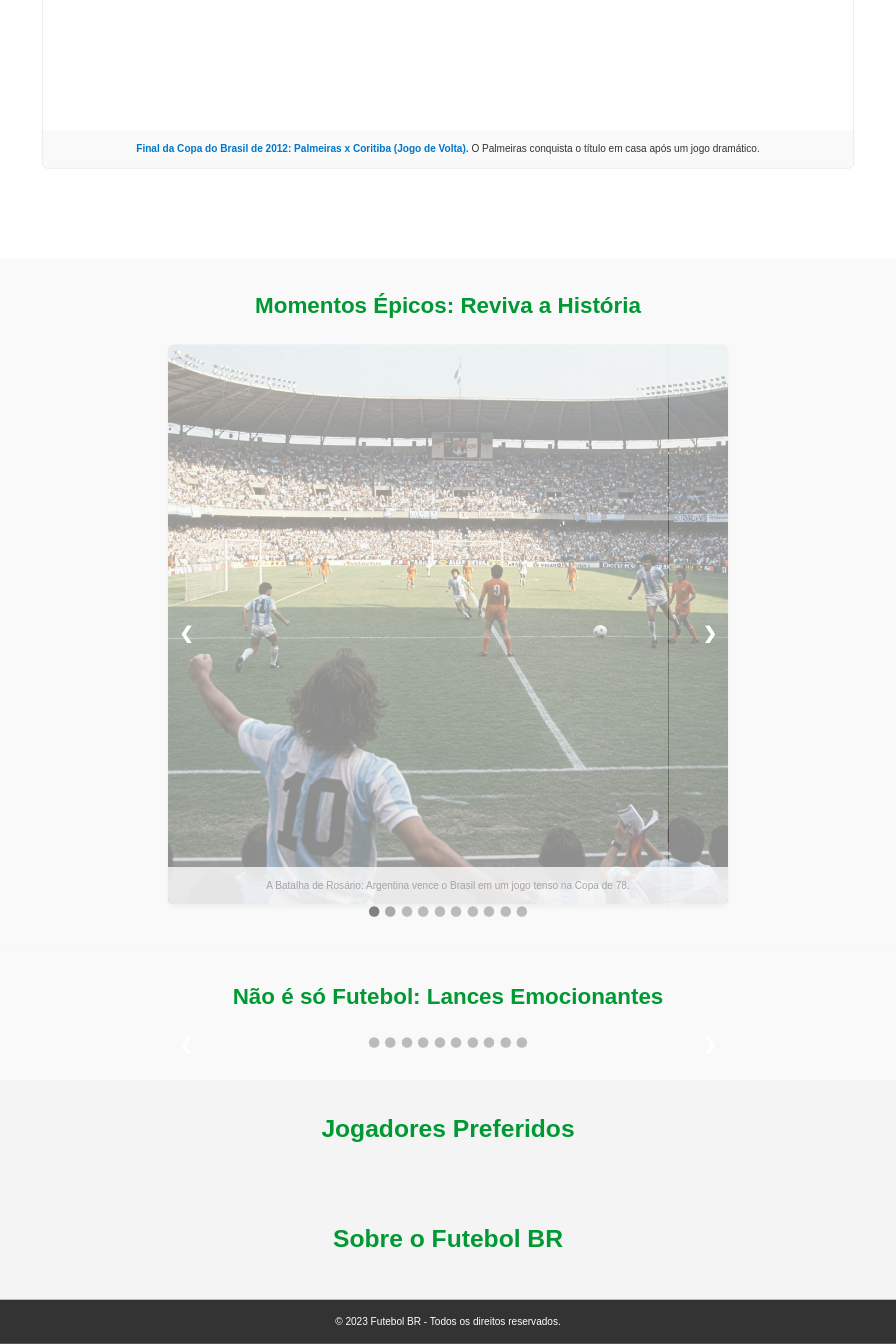
Repository: douglasabnovato/futebol-br
Page: index.html
The author's editor kept a copy of each file at every save. The page is drawn from the files as they stood at one save, then again after the next save.
The browser window is 1280 px wide. The pictures show the part of the page from y = 3064 to 4984 px (the page is 4984 px tall), at 70% of full size.
Pictures or frames that could not be fetched are drawn as grey boxes.

Above is the page before, as saved 2025-04-13 18:53:01.

### index.html
<!DOCTYPE html>
<html lang="pt-BR">
  <head>
    <meta charset="UTF-8" />
    <meta name="viewport" content="width=device-width, initial-scale=1.0" />
    <title>Futebol BR</title>
    <link rel="stylesheet" href="./style.css" />
  </head>
  <body>
    <header class="main-header">
      <div class="container">
        <h1 class="logo">Futebol BR</h1>
        <nav class="main-nav">
          <ul>
            <li><a href="#hero">Home</a></li>
            <li><a href="#historicos">Meus Jogos Históricos Preferidos</a></li>
            <li><a href="#jogadores">Jogadores Preferidos</a></li>
            <li><a href="#sobre">Sobre</a></li>
          </ul>
        </nav>
      </div>
    </header>

    <main>
      <section id="hero" class="hero">
        <div class="hero-content">
          <h1>O Mundo do Futebol Brasileiro</h1>
          <p>Sua paixão em um só lugar</p>
        </div>
      </section>

      <section id="historicos" class="section">
        <div class="container">
          <h2>Meus Jogos Históricos Preferidos</h2>
          <p class="intro-text">
            A história do futebol brasileiro é rica em momentos mágicos,
            partidas épicas que ecoam na memória dos torcedores e se perpetuam
            através das gerações. Nesta seção especial, embarcaremos em uma
            viagem nostálgica para reviver alguns dos jogos que marcaram minha
            trajetória como apaixonado pelo esporte. São confrontos que
            transcenderam o simples resultado, carregando consigo dramas,
            reviravoltas emocionantes e atuações de gala que definiram épocas e
            consagraram ídolos. Cada partida aqui selecionada possui um
            significado único, seja pela importância do campeonato, pela
            rivalidade acirrada entre os clubes, ou pela beleza plástica dos
            lances que ficaram gravados em nossa retina.
          </p>

          <p class="intro-text">
            Mergulharemos em atmosferas vibrantes de estádios lotados, onde a
            paixão da torcida pulsava em uníssono, impulsionando seus times rumo
            à vitória ou lamentando derrotas amargas. Recordaremos os gritos de
            gol que ecoaram pelos lares brasileiros, as defesas milagrosas que
            desafiaram a lógica, os dribles desconcertantes que incendiaram a
            arquibancada e os passes precisos que culminaram em jogadas
            inesquecíveis. Estes jogos não são apenas lembranças de resultados
            passados, mas sim fragmentos de uma cultura que respira futebol,
            onde cada partida se torna uma narrativa única, repleta de heróis e
            vilões, de alegrias e tristezas compartilhadas.
          </p>

          <p class="intro-text">
            Ao revisitar esses confrontos históricos, a intenção é reacender a
            chama da emoção que o futebol proporciona, especialmente em suas
            manifestações mais grandiosas. É uma oportunidade de apresentar às
            novas gerações a magnitude de eventos que construíram a identidade
            do nosso futebol, mostrando a garra, a técnica e a paixão que sempre
            caracterizaram os craques brasileiros. Para os mais experientes, é
            um convite a uma viagem no tempo, um reencontro com as sensações que
            marcaram suas vidas e fortaleceram seu amor pelo esporte bretão.
          </p>

          <p class="intro-text">
            Prepare-se para reviver momentos inesquecíveis, para sentir
            novamente a adrenalina das disputas acirradas e a euforia das
            conquistas memoráveis. Cada vídeo a seguir é uma janela para um
            capítulo especial da história do futebol brasileiro, uma
            oportunidade de testemunhar a magia que torna este esporte uma
            paixão nacional. Aperte o play e deixe a emoção tomar conta,
            enquanto revisitamos juntos os jogos que se tornaram verdadeiros
            patrimônios da nossa memória esportiva.
          </p>

          <div class="video-container">
            <iframe
              width="560"
              height="315"
              src="https://www.youtube.com/embed/SEUf87cjeTk?si=iT9-Vn4n8-176l-z"
              title="YouTube video player"
              frameborder="0"
              allow="accelerometer; autoplay; clipboard-write; encrypted-media; gyroscope; picture-in-picture; web-share"
              allowfullscreen
            ></iframe>
            <p class="video-description">
              <strong>Final da Copa do Mundo de 1994: Brasil x Itália.</strong>
              A emocionante disputa de pênaltis que consagrou o Brasil
              tetracampeão mundial após 24 anos de espera.
            </p>
          </div>

          <div class="video-container">
            <iframe
              width="560"
              height="315"
              src="https://www.youtube.com/embed/4jYrnWw6X3Y?si=vQGj84vj4-5m6_Fk"
              title="YouTube video player"
              frameborder="0"
              allow="accelerometer; autoplay; clipboard-write; encrypted-media; gyroscope; picture-in-picture; web-share"
              allowfullscreen
            ></iframe>
            <p class="video-description">
              <strong
                >Semifinal da Libertadores de 2011: Santos x Corinthians
                (Ida).</strong
              >
              Um clássico eletrizante com direito a golaço de Neymar e muita
              rivalidade.
            </p>
          </div>

          <div class="video-container">
            <iframe
              width="560"
              height="315"
              src="https://www.youtube.com/embed/ZYk6jx54W0Y?si=b-zB9L7QY-m-6r6v"
              title="YouTube video player"
              frameborder="0"
              allow="accelerometer; autoplay; clipboard-write; encrypted-media; gyroscope; picture-in-picture; web-share"
              allowfullscreen
            ></iframe>
            <p class="video-description">
              <strong
                >Final do Campeonato Brasileiro de 1995: Botafogo x Santos (Jogo
                de Volta).</strong
              >
              O título conquistado pelo Botafogo em um Maracanã lotado após anos
              de jejum.
            </p>
          </div>

          <div class="video-container">
            <iframe
              width="560"
              height="315"
              src="https://www.youtube.com/embed/9a14yq1f_9A?si=mY3R-9C8a6c9v7yR"
              title="YouTube video player"
              frameborder="0"
              allow="accelerometer; autoplay; clipboard-write; encrypted-media; gyroscope; picture-in-picture; web-share"
              allowfullscreen
            ></iframe>
            <p class="video-description">
              <strong
                >Quartas de Final da Copa do Mundo de 2002: Brasil x
                Inglaterra.</strong
              >
              A virada emocionante com o gol de falta magistral de Ronaldinho
              Gaúcho.
            </p>
          </div>

          <div class="video-container">
            <iframe
              width="560"
              height="315"
              src="https://www.youtube.com/embed/x-Xt5j-4mSU?si=i4-6z8b0P-9k7G_p"
              title="YouTube video player"
              frameborder="0"
              allow="accelerometer; autoplay; clipboard-write; encrypted-media; gyroscope; picture-in-picture; web-share"
              allowfullscreen
            ></iframe>
            <p class="video-description">
              <strong
                >Final da Copa do Brasil de 2012: Palmeiras x Coritiba (Jogo de
                Volta).</strong
              >
              O Palmeiras conquista o título em casa após um jogo dramático.
            </p>
          </div>
        </div>
      </section>

      <section id="jogos-historicos-slideshow" class="section">
        <div class="container">
          <h2>Momentos Épicos: Reviva a História</h2>
          <div class="slideshow-container">
            <div class="slide fade">
              <img
                src="./assets/banner-slide-1/jogo-1.jpg"
                alt="Descrição do Jogo 1"
              />
              <div class="caption">
                <p>
                  Final da Copa de 70: Brasil conquista o tricampeonato com Pelé
                  brilhando.
                </p>
              </div>
            </div>

            <div class="slide fade">
              <img
                src="./assets/banner-slide-1/jogo-2.jpg"
                alt="Descrição do Jogo 2"
              />
              <div class="caption">
                A Batalha de Rosário: Argentina vence o Brasil em um jogo tenso
                na Copa de 78.
              </div>
            </div>

            <div class="slide fade">
              <img
                src="./assets/banner-slide-1/jogo-3.jpg"
                alt="Descrição do Jogo 3"
              />
              <div class="caption">
                O Milagre de Berna: Alemanha derrota a favorita Hungria na final
                da Copa de 54.
              </div>
            </div>

            <div class="slide fade">
              <img
                src="./assets/banner-slide-1/jogo-4.jpg"
                alt="Descrição do Jogo 4"
              />
              <div class="caption">
                A Mão de Deus: Maradona marca um gol polêmico contra a
                Inglaterra em 86.
              </div>
            </div>

            <div class="slide fade">
              <img
                src="./assets/banner-slide-1/jogo-5.jpg"
                alt="Descrição do Jogo 5"
              />
              <div class="caption">
                O 7 a 1: Alemanha humilha o Brasil em pleno Mineirão na
                semifinal de 2014.
              </div>
            </div>

            <div class="slide fade">
              <img
                src="./assets/banner-slide-1/jogo-6.jpg"
                alt="Descrição do Jogo 6"
              />
              <div class="caption">
                A Remontada Histórica: Barcelona reverte um 4 a 0 contra o PSG
                na Champions League.
              </div>
            </div>

            <div class="slide fade">
              <img
                src="./assets/banner-slide-1/jogo-7.jpg"
                alt="Descrição do Jogo 7"
              />
              <div class="caption">
                O Gol de Ouro de Bierhoff: Alemanha vence a Euro 96 contra a
                República Tcheca.
              </div>
            </div>

            <div class="slide fade">
              <img
                src="./assets/banner-slide-1/jogo-8.jpg"
                alt="Descrição do Jogo 8"
              />
              <div class="caption">
                A Final Épica de 2005: Liverpool busca um empate improvável
                contra o Milan na Champions.
              </div>
            </div>

            <div class="slide fade">
              <img
                src="./assets/banner-slide-1/jogo-9.jpg"
                alt="Descrição do Jogo 9"
              />
              <div class="caption">
                O Centenário do Clássico: Um emocionante Palmeiras x Corinthians
                com muitos gols.
              </div>
            </div>

            <div class="slide fade">
              <img
                src="./assets/banner-slide-1/jogo-10.jpg"
                alt="Descrição do Jogo 10"
              />
              <div class="caption">
                A Magia de Zico no Maracanã: Um Flamengo x Vasco inesquecível
                nos anos 80.
              </div>
            </div>

            <a class="prev" onclick="plusSlides(-1)">&#10094;</a>
            <a class="next" onclick="plusSlides(1)">&#10095;</a>
          </div>
          <div style="text-align: center">
            <span class="dot" onclick="currentSlide(1)"></span>
            <span class="dot" onclick="currentSlide(2)"></span>
            <span class="dot" onclick="currentSlide(3)"></span>
            <span class="dot" onclick="currentSlide(4)"></span>
            <span class="dot" onclick="currentSlide(5)"></span>
            <span class="dot" onclick="currentSlide(6)"></span>
            <span class="dot" onclick="currentSlide(7)"></span>
            <span class="dot" onclick="currentSlide(8)"></span>
            <span class="dot" onclick="currentSlide(9)"></span>
            <span class="dot" onclick="currentSlide(10)"></span>
          </div>
        </div>
      </section>

      <section id="jogos-historicos-slideshow" class="section">
        <div class="container">
          <h2>Não é só Futebol: Lances Emocionantes</h2>
          <div class="slideshow-container">
            <div class="slide fade">
              <img
                src="./assets/banner-slide-2/jogo-1.jpg"
                alt="Descrição do Jogo 1"
              />
              <div class="caption">
                <p>
                  1.The Maracanã Stadium in Rio de Janeiro, Brazil, during a
                  match
                </p>
              </div>
            </div>

            <div class="slide fade">
              <img
                src="./assets/banner-slide-2/jogo-2.jpg"
                alt="Descrição do Jogo 2"
              />
              <div class="caption">
                <p>
                  2. The Wembley Stadium in London, England, during a penalty
                  shootout.
                </p>
              </div>
            </div>

            <div class="slide fade">
              <img
                src="./assets/banner-slide-2/jogo-3.jpg"
                alt="Descrição do Jogo 3"
              />
              <div class="caption">
                <p>
                  3. The Camp Nou stadium in Barcelona, Spain, during a
                  Champions League match.
                </p>
              </div>
            </div>

            <div class="slide fade">
              <img
                src="./assets/banner-slide-2/jogo-4.jpg"
                alt="Descrição do Jogo 4"
              />
              <div class="caption">
                <p>
                  4. The Allianz Arena in Munich, Germany, during a match at
                  night.
                </p>
              </div>
            </div>

            <div class="slide fade">
              <img
                src="./assets/banner-slide-2/jogo-5.jpg"
                alt="Descrição do Jogo 5"
              />
              <div class="caption">
                <p>
                  5. The San Siro stadium in Milan, Italy, during a match with a
                  player celebrating a goal.
                </p>
              </div>
            </div>

            <div class="slide fade">
              <img
                src="./assets/banner-slide-2/jogo-6.jpg"
                alt="Descrição do Jogo 6"
              />
              <div class="caption">
                <p>
                  6. The Azteca Stadium in Mexico City, Mexico, during a World
                  Cup match.
                </p>
              </div>
            </div>

            <div class="slide fade">
              <img
                src="./assets/banner-slide-2/jogo-7.jpg"
                alt="Descrição do Jogo 7"
              />
              <div class="caption">
                <p>
                  7. The Parc des Princes stadium in Paris, France, during a
                  match with a player celebrating a goal.
                </p>
              </div>
            </div>

            <div class="slide fade">
              <img
                src="./assets/banner-slide-2/jogo-8.jpg"
                alt="Descrição do Jogo 8"
              />
              <div class="caption">
                <p>
                  8. The Anfield stadium in Liverpool, England, during a match
                  with a packed crowd.
                </p>
              </div>
            </div>

            <div class="slide fade">
              <img
                src="./assets/banner-slide-2/jogo-9.jpg"
                alt="Descrição do Jogo 9"
              />
              <div class="caption">
                <p>
                  9. The Signal Iduna Park in Dortmund, Germany, during a match
                  with a yellow and black sea of fans.
                </p>
              </div>
            </div>

            <div class="slide fade">
              <img
                src="./assets/banner-slide-2/jogo-10.jpg"
                alt="Descrição do Jogo 10"
              />
              <div class="caption">
                <p>
                  10. The Santiago Bernabéu stadium in Madrid, Spain, during a
                  match with a player scoring a goal.
                </p>
              </div>
            </div>

            <a class="prev" onclick="plusSlides(-1)">&#10094;</a>
            <a class="next" onclick="plusSlides(1)">&#10095;</a>
          </div>
          <div style="text-align: center">
            <span class="dot" onclick="currentSlide(1)"></span>
            <span class="dot" onclick="currentSlide(2)"></span>
            <span class="dot" onclick="currentSlide(3)"></span>
            <span class="dot" onclick="currentSlide(4)"></span>
            <span class="dot" onclick="currentSlide(5)"></span>
            <span class="dot" onclick="currentSlide(6)"></span>
            <span class="dot" onclick="currentSlide(7)"></span>
            <span class="dot" onclick="currentSlide(8)"></span>
            <span class="dot" onclick="currentSlide(9)"></span>
            <span class="dot" onclick="currentSlide(10)"></span>
          </div>
        </div>
      </section>

      <section id="jogadores" class="section">
        <div class="container">
          <h2>Jogadores Preferidos</h2>
        </div>
      </section>

      <section id="sobre" class="section">
        <div class="container">
          <h2>Sobre o Futebol BR</h2>
        </div>
      </section>
    </main>

    <footer class="main-footer">
      <div class="container">
        <p>&copy; 2023 Futebol BR - Todos os direitos reservados.</p>
      </div>
    </footer>
    <script>
      let slideIndex = 1;
      showSlides(slideIndex);

      function plusSlides(n) {
        showSlides((slideIndex += n));
      }

      function currentSlide(n) {
        showSlides((slideIndex = n));
      }

      function showSlides(n) {
        let i;
        let slides = document.getElementsByClassName("slide");
        let dots = document.getElementsByClassName("dot");
        if (n > slides.length) {
          slideIndex = 1;
        }
        if (n < 1) {
          slideIndex = slides.length;
        }
        for (i = 0; i < slides.length; i++) {
          slides[i].style.display = "none";
        }
        for (i = 0; i < dots.length; i++) {
          dots[i].className = dots[i].className.replace(" active", "");
        }
        slides[slideIndex - 1].style.display = "block";
        dots[slideIndex - 1].className += " active";
      }

      // Opcional: Adicionar transição automática
      setInterval(() => plusSlides(1), 5000); // Troca de slide a cada 5 segundos
    </script>
  </body>
</html>

Loaded but not shown: style.css (346 lines, source omitted)

After the next save:
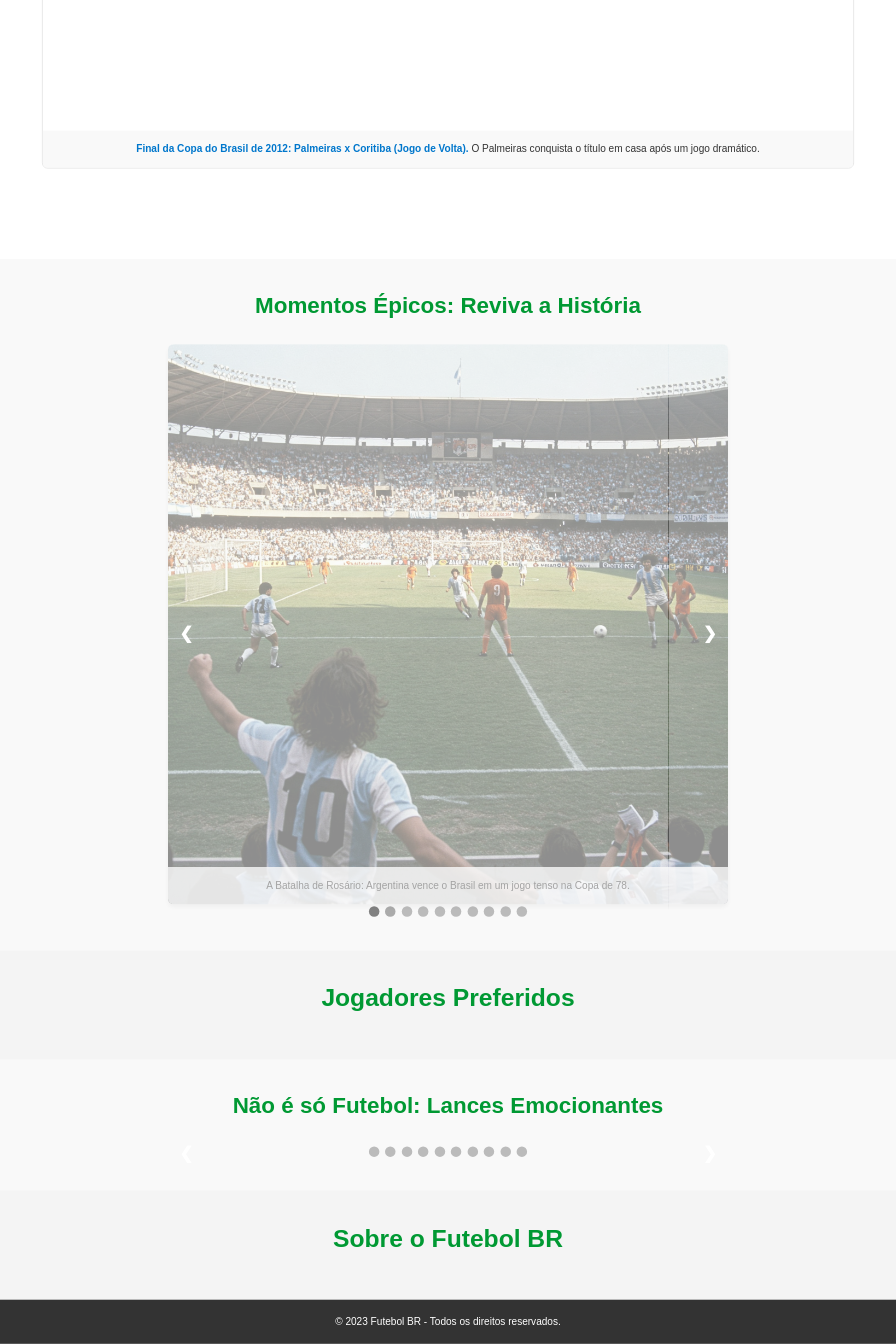
Saved 5 min 2 s later.
--- a/index.html
+++ b/index.html
@@ -313,6 +313,12 @@
         </div>
       </section>
 
+      <section id="jogadores" class="section">
+        <div class="container">
+          <h2>Jogadores Preferidos</h2>
+        </div>
+      </section>
+
       <section id="jogos-historicos-slideshow" class="section">
         <div class="container">
           <h2>Não é só Futebol: Lances Emocionantes</h2>
@@ -462,12 +468,6 @@
             <span class="dot" onclick="currentSlide(9)"></span>
             <span class="dot" onclick="currentSlide(10)"></span>
           </div>
-        </div>
-      </section>
-
-      <section id="jogadores" class="section">
-        <div class="container">
-          <h2>Jogadores Preferidos</h2>
         </div>
       </section>
 
